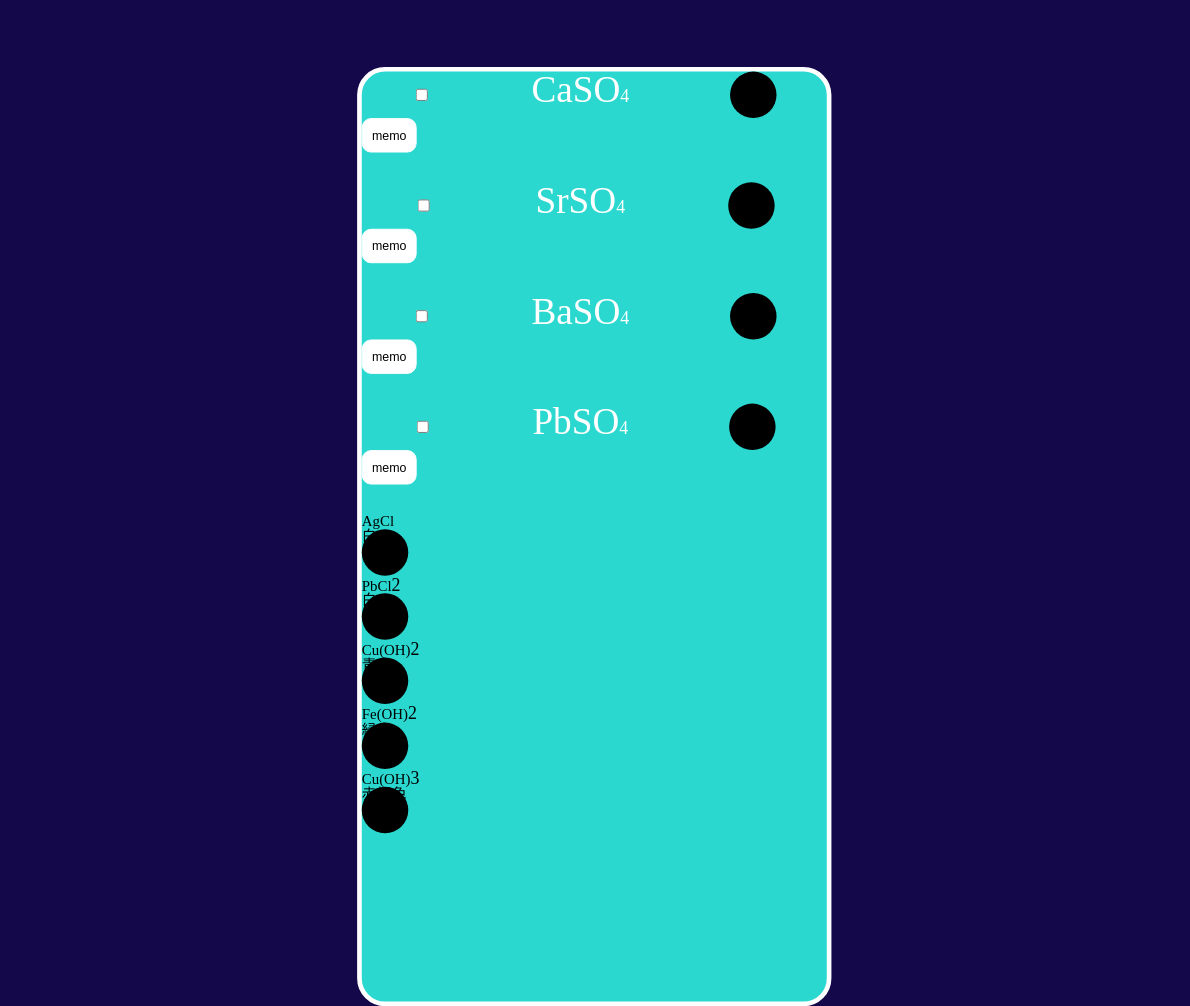
Repository: 1000sky/Inorganic_chemistry_application
Page: http://localhost/
An editor plug-in stored every save of this project. The page is shown before and after the next save, followed by the edit.
The browser window is 1280 px wide. The pictures show the whole page, at 93% of full size.
The page is served by the project's Laravel application, run on PHP 8.4 with Laravel 8. Other server files are loaded and not shown.

Above is the page before, as saved 2022-07-12 20:18:27.

### application/routes/web.php
<?php

use Illuminate\Support\Facades\Route;

/*
|--------------------------------------------------------------------------
| Web Routes
|--------------------------------------------------------------------------
|
| Here is where you can register web routes for your application. These
| routes are loaded by the RouteServiceProvider within a group which
| contains the "web" middleware group. Now create something great!
|
*/

Route::get('/home', function () {
    return view('welcome');
});

Route::get('/dashboard', function () {
    return view('dashboard');
})->middleware(['auth'])->name('dashboard');

require __DIR__.'/auth.php';



Route::get('/', function () {
    return view('index');
});

Route::get('/start', function () {
    return view('start');
})->middleware('auth');

Route::get('/explanation', function () {
    return view('explanation');
});

### application/resources/views/index.blade.php
<!DOCTYPE html>
<html lang="ja">
<head>
    <meta charset="UTF-8">
    <meta name="viewport" content="width=device-width, initial-scale=1.0">
    <meta http-equiv="X-UA-Compatible" content="ie=edge">
    <title>Inorganic_chemistry_application</title>
    <link rel="stylesheet" href="css/reset.css" >
    <link rel="stylesheet" href="css/index.css" />

    <script language="JavaScript"><!--
      function setTF(fObj,vType)
      {
        fObj.style.visibility = vType;
      }
       --></script>
</head>
<body>
    <div class=card>
        <div class=memorize>
          <input type="checkbox" class=checkbox name="">
          <div class=Chemical-formula>CaSO<span>4</span></div>
          <div class=circle></div>
        </div>
        <form>
          <input type="button" class=button name="" value="memo" onClick="setTF(this.form.text1,'visible')">
          <input type="text" name="text1" style="visibility:hidden"><br>
        </form>
        <br>
        <br>


        <div class=memorize>
          <input type="checkbox" class=checkbox name="">
          <div class=Chemical-formula>SrSO<span>4</span></div>
          <div class=circle></div>
        </div>
        <form>
          <input type="button" class=button name="" value="memo" onClick="setTF(this.form.text1,'visible')">
          <input type="text" name="text1" style="visibility:hidden"><br>
        </form>
        <br>
        <br>


        <div class=memorize>
          <input type="checkbox" class=checkbox name="">
          <div class=Chemical-formula>BaSO<span>4</span></div>
          <div class=circle></div>
        </div>
        <form>
          <input type="button" class=button name="" value="memo" onClick="setTF(this.form.text1,'visible')">
          <input type="text" name="text1" style="visibility:hidden"><br>
        </form>
        <br>
        <br>


        <div class=memorize>
          <input type="checkbox" class=checkbox name="">
          <div class=Chemical-formula>PbSO<span>4</span></div>
          <div class=circle></div>
        </div>
        <form>
          <input type="button" class=button name="" value="memo" onClick="setTF(this.form.text1,'visible')">
          <input type="text" name="text1" style="visibility:hidden"><br>
        </form>
        <br>
        <br>




     <div>AgCl <div class=circle>白</div> </div>
     <div>PbCl<span>2</span> <div class=circle>白</div> </div>


     <div>Cu(OH)<span>2</span> <div class=circle>青白</div> </div>
     <div>Fe(OH)<span>2</span> <div class=circle>緑白</div> </div>
     <div>Cu(OH)<span>3</span> <div class=circle>赤褐色</div> </div>


     {{-- 水酸化物まで --}}

    </div>

</body>
</html>

### application/public/css/index.css
body {
    background-color: rgb(20, 8, 75);
}

.card {
  position: absolute;
  top: 10%;
  left: 30%;
  width: 500px;
  height: 1000px;
  background-color: rgb(42, 216, 208);
  border: solid 5px white;
  border-radius: 30px;
}
.checkbox{


}
.memorize{
  display: flex;
  justify-content: space-around;
}

.Chemical-formula {
    color: white;
    font-size: 2.5rem;
}

.circle{
  width: 50px;
  height: 50px;
  background: black;
  border-radius: 50%;

}
.circle:hover{
    background-color: white;

}

.button{
    border-radius: 10px;
    border: solid 1px white;
    background-color: white;
    padding: 10px;
}

span {
  font-size: 1.2rem;
}

Loaded but not shown: application/routes/auth.php (common file); application/public/css/reset.css (common file)

After the next save:
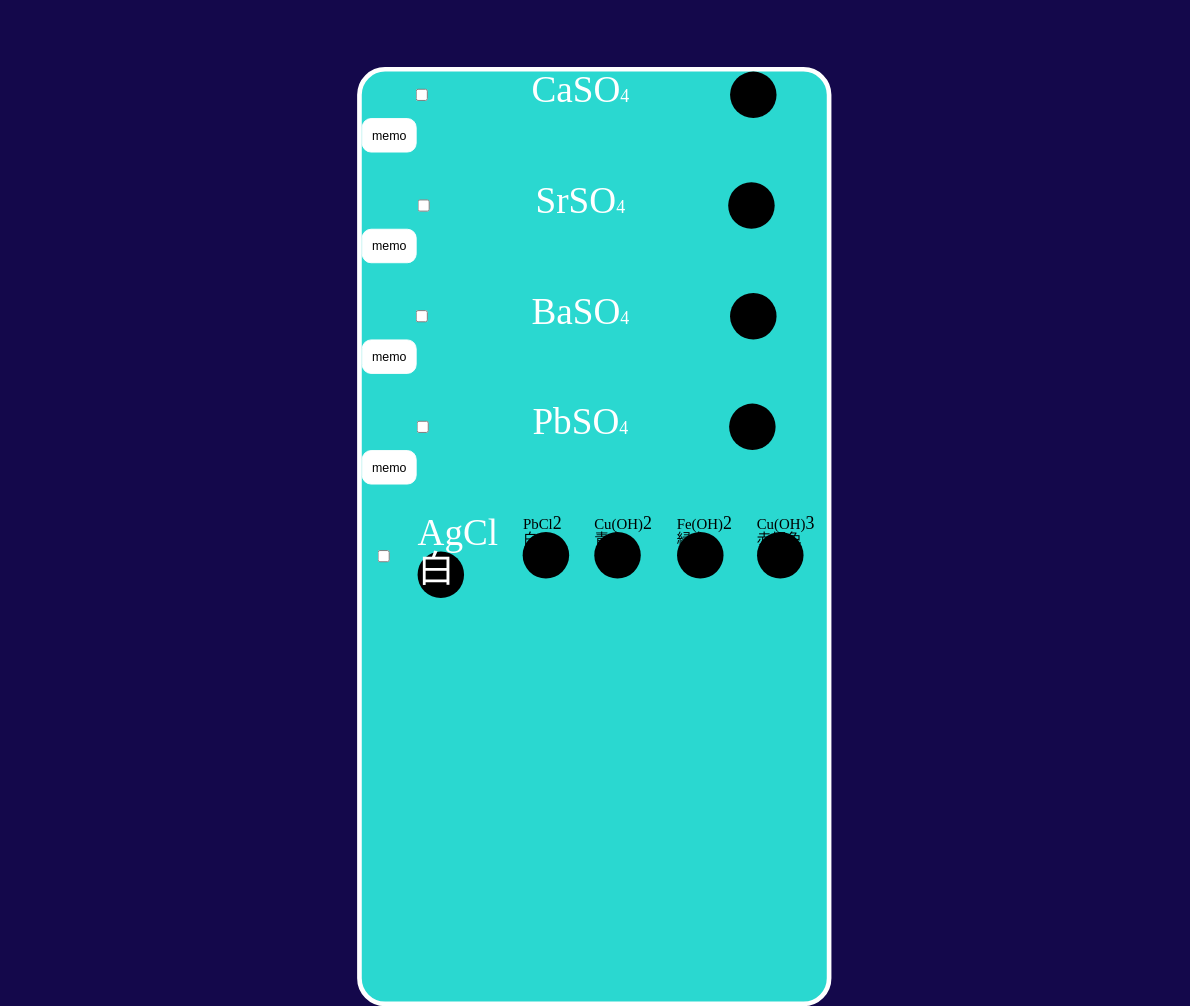
Saved 116 s later.
--- a/application/resources/views/index.blade.php
+++ b/application/resources/views/index.blade.php
@@ -69,9 +69,13 @@
         <br>
 
 
+        <div class=memorize>
+          <input type="checkbox" class=checkbox name="">
+          <div class=Chemical-formula>AgCl <div class=circle>白</div> </div>
 
 
-     <div>AgCl <div class=circle>白</div> </div>
+
+
      <div>PbCl<span>2</span> <div class=circle>白</div> </div>
 
 
